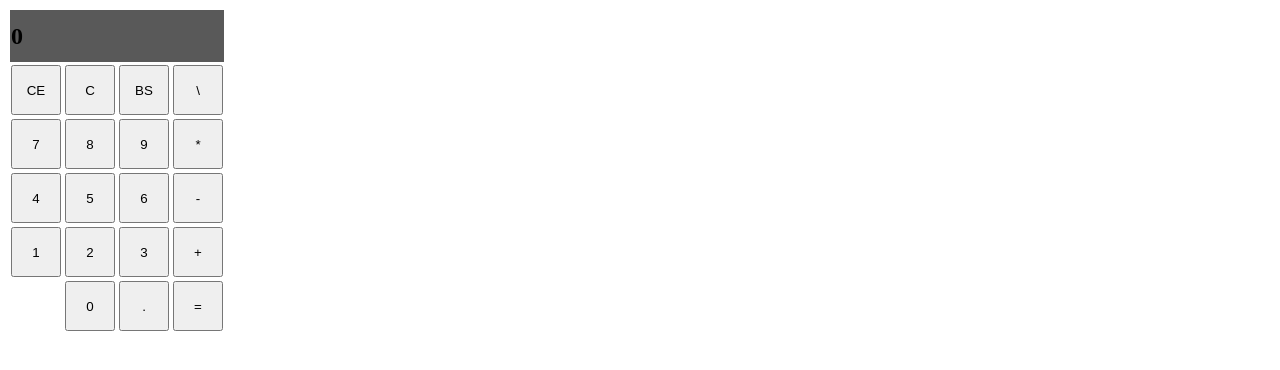
Repository: Doyoung-Park/JSP_Servlet
Page: workspace/JSPPrj/src/main/webapp/calc3.html
An editor plug-in stored every save of this project. The page is shown before and after the next save, followed by the edit.
The browser window is 1280 px wide. The pictures show the whole page.

Above is the page before, as saved 2022-01-18 14:43:16.

### workspace/JSPPrj/src/main/webapp/calc3.html
<!DOCTYPE html>
<html>
<head>
<meta charset="UTF-8">
<title>Insert title here</title>
<style>
input{
	width:50px;
	height:50px;
}
.output{
	height:50px;
	background:#595959;
	font-size:24px;
	font-weight:bold;
}
</style>
</head>
<body>
	<div>
		<form action="calc3" method="post">

		 	<table>
		 		<tr>
		 			<td class="output" colspan="4">0</td>
		 		</tr>
		 		<tr>
		 			<td><input type="submit" name="operator" value="CE"/></td>
		 			<td><input type="submit" name="operator" value="C"/></td>
		 			<td><input type="submit" name="operator" value="BS"/></td>
		 			<td><input type="submit" name="operator" value="\"/></td>
		 		</tr>
		 		<tr>
		 			<td><input type="submit" name="operator" value="7"/></td>
		 			<td><input type="submit" name="operator" value="8"/></td>
		 			<td><input type="submit" name="operator" value="9"/></td>
		 			<td><input type="submit" name="operator" value="*"/></td>
		 		</tr>
		 		<tr>
		 			<td><input type="submit" name="operator" value="4"/></td>
		 			<td><input type="submit" name="operator" value="5"/></td>
		 			<td><input type="submit" name="operator" value="6"/></td>
		 			<td><input type="submit" name="operator" value="-"/></td>
		 		</tr>
		 		<tr>
		 			<td><input type="submit" name="operator" value="1"/></td>
		 			<td><input type="submit" name="operator" value="2"/></td>
		 			<td><input type="submit" name="operator" value="3"/></td>
		 			<td><input type="submit" name="operator" value="+"/></td>
		 		</tr>
		 		<tr>
		 			<td></td>
		 			<td><input type="submit" name="operator" value="0"/></td>
		 			<td><input type="submit" name="operator" value="."/></td>
		 			<td><input type="submit" name="operator" value="="/></td>

		 		</tr>
		 	</table>

		 </form>
	</div>

</body>
</html>

After the next save:
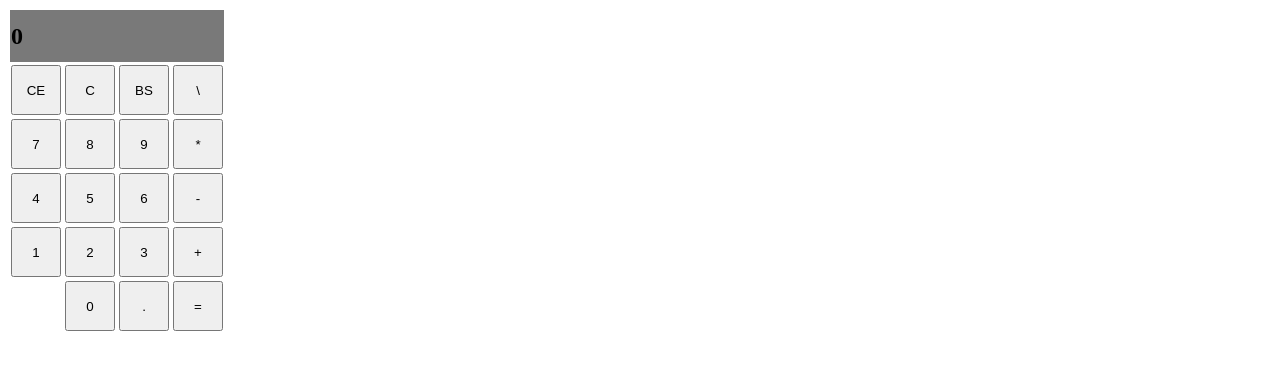
Saved 10 s later.
--- a/workspace/JSPPrj/src/main/webapp/calc3.html
+++ b/workspace/JSPPrj/src/main/webapp/calc3.html
@@ -10,7 +10,7 @@ input{
 }
 .output{
 	height:50px;
-	background:#595959;
+	background:#797979;
 	font-size:24px;
 	font-weight:bold;
 }
